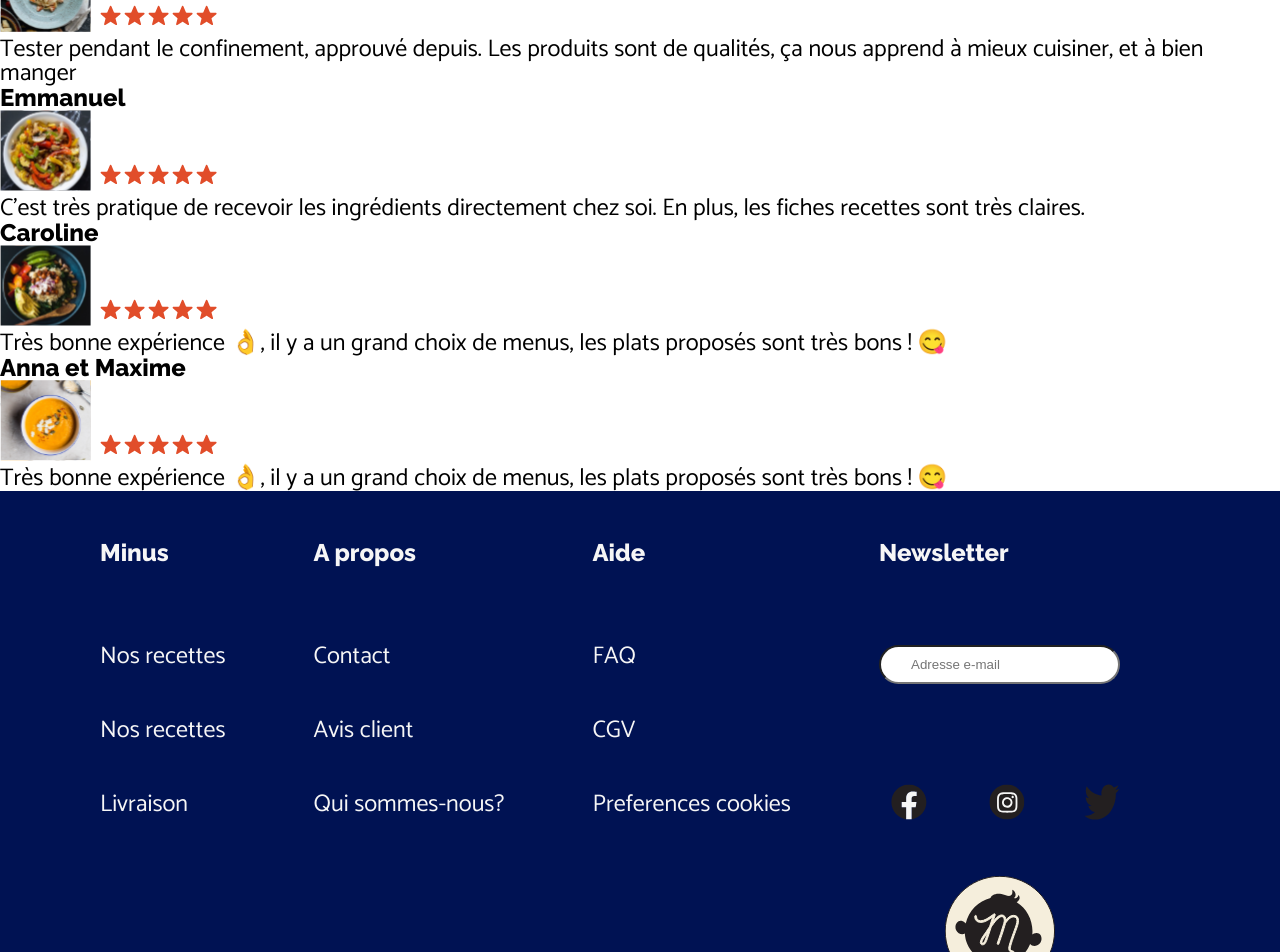
Repository: minus-team7/minus_team7
Page: minus_homepage.html
An editor plug-in stored every save of this project. The page is shown before and after the next save, followed by the edit.
The browser window is 1280 px wide. The pictures show the part of the page from y = 2845 to 3797 px (the page is 3837 px tall).
A picture or video elsewhere on the page could not be fetched, so the positions and the page height are approximate.

Above is the page before, as saved 2023-02-13 00:15:56.

### minus_homepage.html
<!DOCTYPE html>
<html lang="en">
<head>
    <meta charset="UTF-8">
    <meta http-equiv="X-UA-Compatible" content="IE=edge">
    <meta name="viewport" content="width=device-width, initial-scale=1.0">
    <link rel="preconnect" href="https://fonts.googleapis.com">
    <link rel="preconnect" href="https://fonts.gstatic.com" crossorigin>
    <link href="https://fonts.googleapis.com/css2?family=Catamaran:wght@100;200;300;400;500;700&family=Raleway:ital,wght@0,100;0,400;0,600;0,800;1,100&display=swap" rel="stylesheet">
    <link rel="stylesheet" href="reset.css">
    <link rel="stylesheet" href="minus_homepage.css">
    <title>Document</title>

</head>
<body>

    <div class="box">
        <img src="/assets/homepage_boxminus.svg" alt="homepage_boxminus">
    </div>

    <div class="bouton">
        <a href="#">Nos engagements</a>
    </div>
    <section class="nos-engagements">

        <div class="engagement">
            <img src="/assets/engagement_icone_qualite_produits.svg" alt="engagement_icone_qualite_produits">
            <h2>Qualité des produits</h2>
            <p>Nous travaillons avec les meilleurs fournisseurs pour sélectionner les ingrédients les plus frais et les plus savoureux.</p>
        </div>

        <div class="engagement">
            <img src="/assets/icone_notreexpertise_chef.svg" alt="icone_notreexpertise_chef">
            <h2>Notre expertise</h2>
            <p>Chaque produit est soumis à des contrôles rigoureux pour vous garantir des ingrédients de haute qualité.</p>
        </div>

        <div class="engagement">
            <img src="/assets/icone_livraison_camion.svg" alt="icone_livraison_camion">
            <h2>Livraison sur le lieu de garde de votre enfant</h2>
            <p>Nous adaptons la livraison selon vos demandes afin de vous garantir un service adéquat</p>
        </div>

        <div class="engagement">
            <img src="/assets/icone_varietes_recettes_bolcuisine.svg" alt="icone_varietes_recettes_bolcuisine">
            <h2>Variété des recettes</h2>
            <p> Nous vous offrons une gamme de recettes pour répondre à tous les goûts et toutes les envies.</p>
        </div>

    </section>

    <div class="bouton">
        <a href="#">Nos recettes</a>
    </div>

    <section class="nos-recettes">
        <div class="recette">
            <img src="/assets/recette_spaghetti_olive.svg" alt="recette_spaghetti_olive">
            <p>Spaghetti aux olives</p>

            <img src="/assets/recette_escalope_chèvre_épinards.svg" alt="recette_escalope_chèvre_épinards">
            <p>Escalope de chèvre</p>
        </div>

        <div class="recette">
            <img src="/assets/couscous_legumes_bio.svg" alt="couscous_legumes_bio">
            <p>Couscous légumes bio</p>

            <img src="/assets/recette_puree_legumes_vert.svg" alt="recette_puree_legumes_vert">
            <p>Purée légumes verts</p>


        </div>

        <div class="recette">
            <img src="/assets/recette_croissant_poulet_champi.svg" alt="recette_croissant_poulet_champi">
            <p>Croissants poulet</p>


            <img src="/assets/recette_spaghetti_olive.svg" alt="recette_spaghetti_olive">
            <p>Spaghetti aux olives</p>
        </div>

    </section>

    <div class="bouton">
        <a href="#">Bonus: Les p'tits desserts</a>
    </div>

    <section class="nos-desserts">

            <img src="/assets/carroussel_flèche_gauche.svg" alt="carroussel_flèche_gauche">
        <div class="dessert">
            <img src="/assets/photo_dessert_cupcake_biscuit.svg" alt="photo_dessert_cupcake_biscuit">
            <p>Cupcake biscuit</p>
        </div>

        <div class="dessert">
            <img src="/assets/photo_dessert_compotepoire.svg" alt="photo_dessert_compotepoire">
            <p>Compote poire</p>
        </div>

        <div class="dessert">
            <img src="/assets/photo_dessert_fruitsrougesrose.svg" alt="photo_dessert_fruitsrougesrose">
            <p>Tarte aux fruits rouges</p>
        </div>

            <img src="/assets/carroussel_fleche_droite.svg" alt="carroussel_fleche_droite">
    </section>


    <div class="bouton">
        <a href="#">Ce que pensent nos abonnés</a>
    </div>

    <section class="nos-avis">
        <div class="avis">
            <h2>Claire et Eric</h2>
            <img src="/assets/avis_plat_claireeteric_pancakes.svg" alt="avis_plat_claireeteric_pancakes">
            <img src="/assets/avis_étoiles.svg" alt="avis-étoiles">
            <p>Tester pendant le confinement, approuvé depuis. Les produits sont de qualités, ça nous apprend à mieux cuisiner, et à bien manger</p>
        </div>

        <div class="avis">
            <h2>Emmanuel</h2>
            <img src="/assets/avis_plat_emmanuel_poivrons.svg" alt="avis_plat_emmanuel_poivrons">
            <img src="/assets/avis_étoiles.svg" alt="avis-étoiles">
            <p>C'est très pratique de recevoir les ingrédients directement chez soi. En plus, les fiches recettes sont très claires.</p>
        </div>

        <div class="avis">
            <h2>Caroline</h2>
            <img src="/assets/avis_plat_caroline_quinoabowl.svg" alt="avis_plat_caroline_quinoabowl">
            <img src="/assets/avis_étoiles.svg" alt="avis-étoiles">
            <p>Très bonne expérience 👌, il y a un grand choix de menus, les plats proposés sont très bons ! 😋</p>
        </div>

        <div class="avis">
            <h2>Anna et Maxime</h2>
            <img src="/assets/avis_plat_annaetmaxime_soupepotiron.svg" alt="avis_plat_annaetmaxime_soupepotiron">
            <img src="/assets/avis_étoiles.svg" alt="avis-étoiles">
            <p>Très bonne expérience 👌, il y a un grand choix de menus, les plats proposés sont très bons ! 😋</p>
        </div>




    </section>








    <!-- footer  -->
    <div class="footer">
        <ul>
            <li class="titre-footer">Minus</li>
            <li><a href="#"> Nos recettes</a></li>
            <li><a href="#"> Nos recettes</a></li>
            <li><a href="#"> Livraison</a></li>
        </ul>
        <ul>
            <li class="titre-footer">A propos</li>
            <li><a href="#"> Contact</a></li>
            <li><a href="#"> Avis client</a></li>
            <li><a href="#"> Qui sommes-nous?</a></li>
        </ul>
        <ul>
            <li class="titre-footer">Aide</li>
            <li><a href="#"> FAQ</a></li>
            <li><a href="#"> CGV</a></li>
            <li><a href="#"> Preferences cookies</a></li>
        </ul>
        <ul>
            <li class="titre-footer">Newsletter</li>
            <li>
                <input class="newsletter" type="text" placeholder="Adresse e-mail">
            </li>
            <li>
                <ul class="reseaux-sociaux">
                    <li><a href="#"><img src="/assets/logo_facebook.svg" alt="fb"></a></li>
                    <li><a href="#"><img src="/assets/logo_instagram.svg" alt="insta"></a></li>
                    <li><a href="#"><img src="/assets/logo_twitter.svg" alt="twitter"></a></li>
                </ul>
            </li>
            <li class="logo-minus-footer"><a href="#"> <img src="/assets/Logo_minus_rondtête.svg" alt="logo-minus-footer"></a></li>

        </ul>


    </div>
</body>
</html>

### minus_homepage.css
/* footerr */
body{
    font-family: 'Catamaran',sans-serif;
    font-size: 24px;
}


h2{
    font-family: 'Raleway',sans-serif;
    font-weight: bold;
}


.box img{
    width: 70%;
    display: flex;
    margin: 50px auto;

}

.bouton{
    display: flex;
    align-items: center;
    justify-content: center;
    margin: 50px 0;
}

.bouton a{
    border:#E14D2A 2px solid;
    border-radius: 20px;
    padding: 20px;
    background-color: #F5EEDC;
    text-decoration: none;
    font-family: 'Raleway',sans-serif;
    font-weight: bold;
    color: #001253;

}

.nos-engagements{
    display: flex;
    flex-direction: row;
    flex-wrap: wrap;
    justify-content: space-between;
    margin-bottom: 100px;

}
.engagement{
    width: 20%;
    display: flex;
    flex-direction: column;
    min-width: 220px;
    margin-right: 30px;
    align-items: center;
    text-align: center;
}

.engagement h2, .engagement p{
    margin: 10px 0;
}

.nos-recettes{
    display: flex;
    justify-content: space-around;
    flex-wrap: wrap;
}

.recette{
    display: flex;
    flex-direction: column;
}

.recette p{
    margin-bottom: 50px;
    margin-top: 20px;
    text-align: center;
}

.nos-desserts{
    display: flex;
    justify-content: space-between;
    flex-wrap: wrap ;
    text-align: center;
}

.footer{

    display: flex;
    flex-direction: row;
    justify-content: space-between;
    background-color:  #001253;
    color: #f6f6f6;
    padding: 0 100px;
    flex-wrap: wrap;
}

.footer ul{
    list-style-type: none;
    margin-right: 60px;

}

.footer ul li{
    margin-top: 50px;
}
.footer a{
    text-decoration: none;
    color: #f6f6f6;
}
.footer a:hover{
    text-decoration:underline;
    color: #E14D2A;
}
.titre-footer{
    font-weight: bold;
    margin-bottom: 80px;
    font-family: 'raleway',sans-serif;

}
.newsletter{
    padding: 10px 30px;
    border-radius: 20px
}
.reseaux-sociaux{
    width: 100%;
    display: flex;
    flex-direction: row;
    justify-content: space-between;
}
.logo-minus-footer{
    display: flex;
    justify-content: center;
}

Loaded but not shown: reset.css (common file)

After the next save:
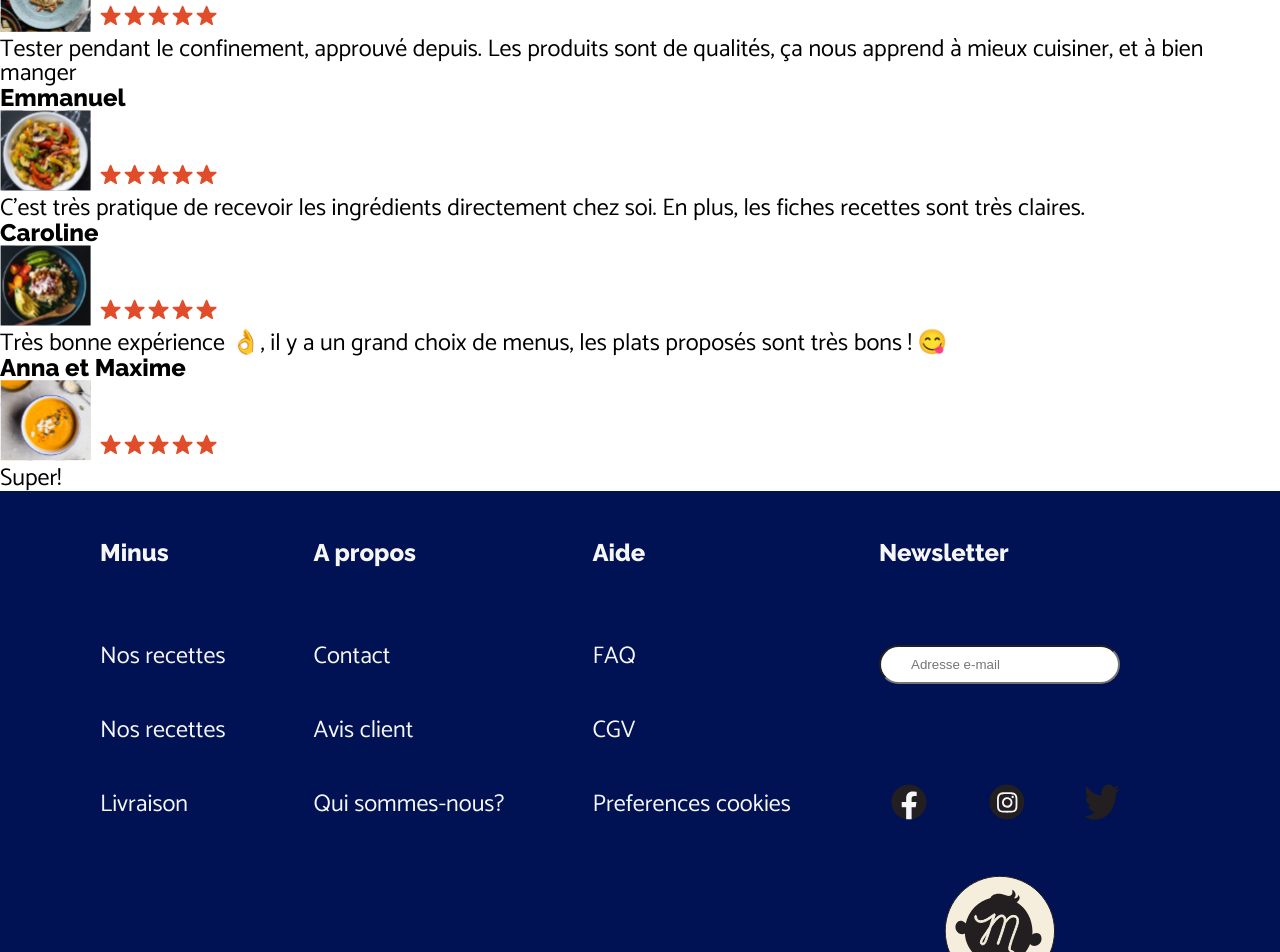
Saved 7 s later.
--- a/minus_homepage.html
+++ b/minus_homepage.html
@@ -139,7 +139,7 @@
             <h2>Anna et Maxime</h2>
             <img src="/assets/avis_plat_annaetmaxime_soupepotiron.svg" alt="avis_plat_annaetmaxime_soupepotiron">
             <img src="/assets/avis_étoiles.svg" alt="avis-étoiles">
-            <p>Très bonne expérience 👌, il y a un grand choix de menus, les plats proposés sont très bons ! 😋</p>
+            <p>Super! </p>
         </div>
 
 
